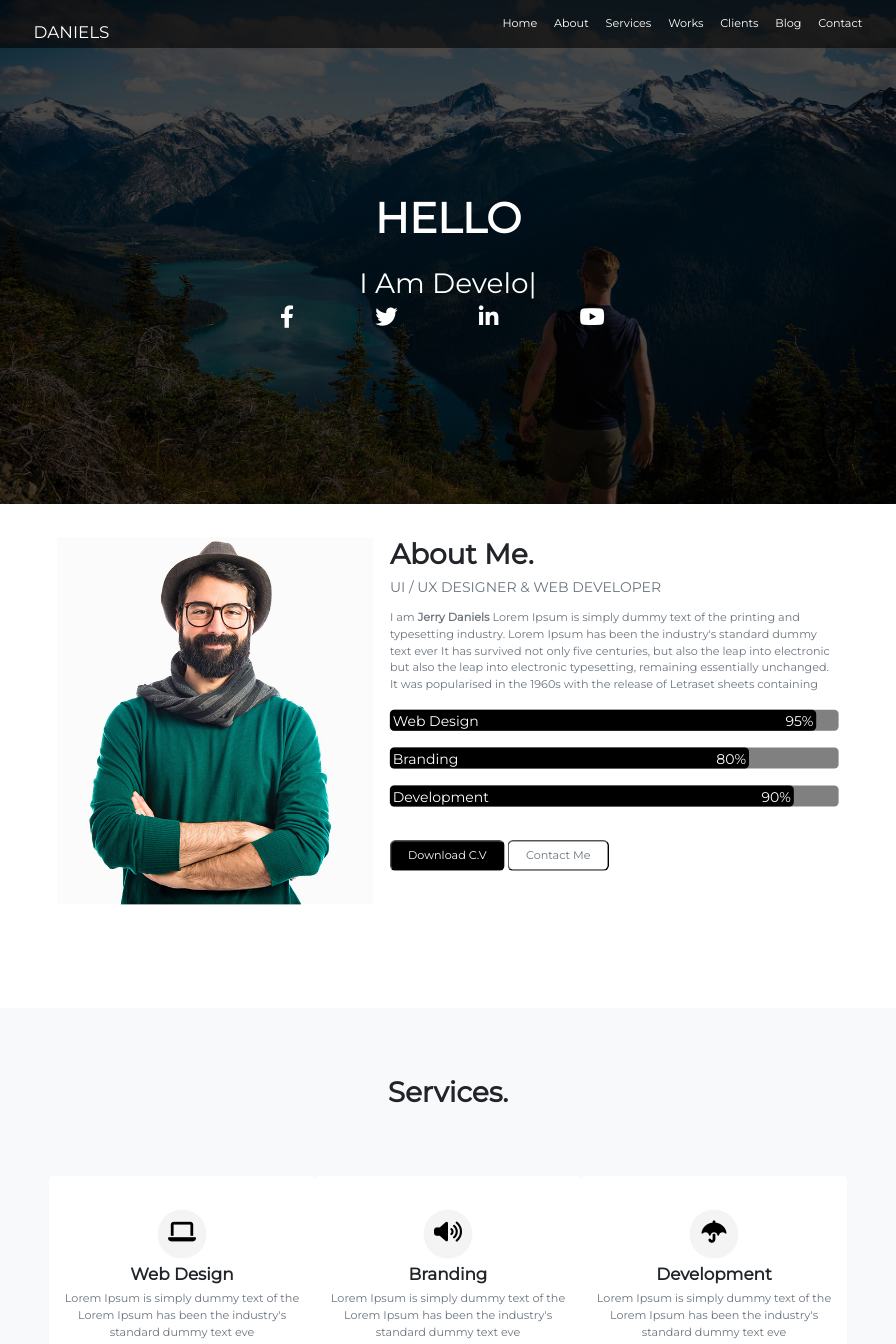
Repository: Souldeer0020/daniels-portofolio
Page: index.html
An editor plug-in stored every save of this project. The page is shown before and after the next save, followed by the edit.
The browser window is 1280 px wide. The pictures show the part of the page from y = 0 to 1920 px (the page is 5468 px tall), at 70% of full size.

Above is the page before, as saved 2024-07-14 00:05:20.

After the next save:
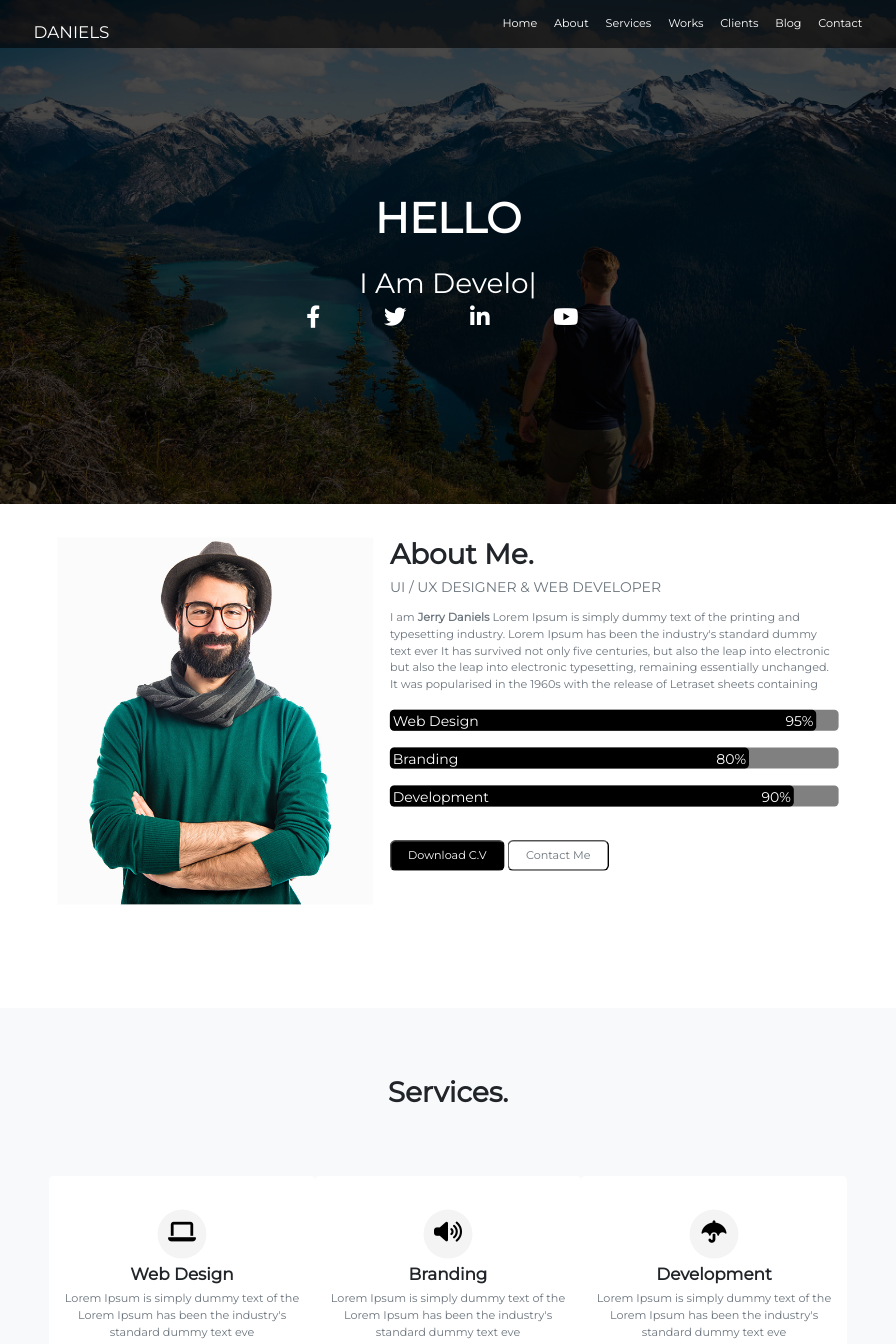
Saved 7 s later.
--- a/index.html
+++ b/index.html
@@ -24,7 +24,7 @@
             <div class="content w-75 text-center d-flex flex-column align-items-center">
                 <h1 class="py-md-4">HELLO</h1>
                 <h2 class="w-100">I Am</h2>
-                <div class="icons d-flex justify-content-between">
+                <div class="icons d-flex justify-content-around">
                     <a class="me-3" href=""><i class=" fa-brands fa-facebook-f icon text-center d-flex justify-content-center align-items-center fs-2"></i></a>
                     <a class="me-3" href=""><i class=" fa-brands fa-twitter icon text-center d-flex justify-content-center align-items-center fs-2"></i></a>
                     <a class="me-3" href=""><i class=" fa-brands fa-linkedin-in icon text-center d-flex justify-content-center align-items-center fs-2"></i></a>
